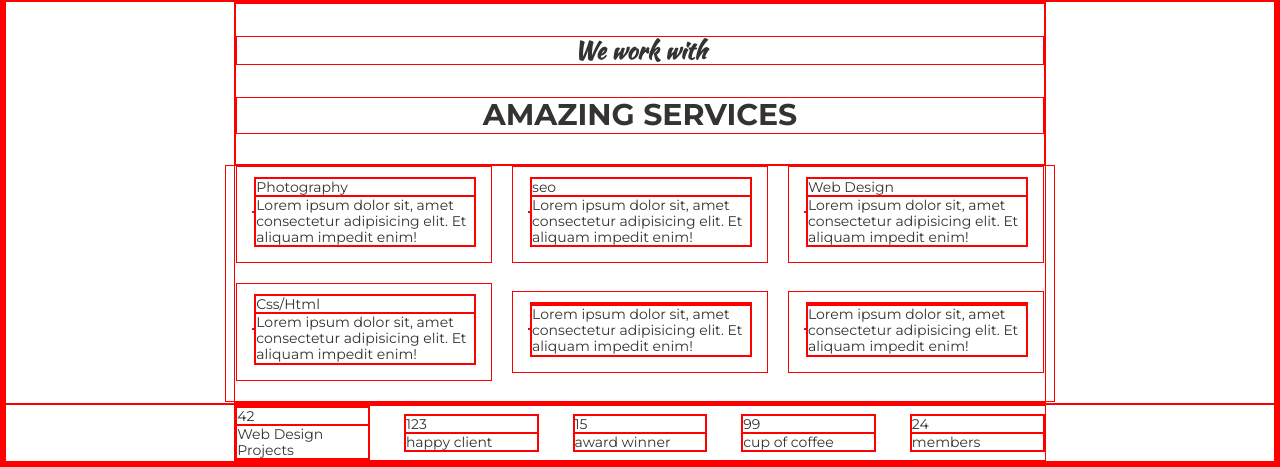
Repository: nataliiasaltan/Homework
Page: index.html
The author's editor kept a copy of each file at every save. The page is drawn from the files as they stood at one save, then again after the next save.
The browser window is 1280 px wide. The pictures show the part of the page from y = 901 to 1368 px (the page is 1368 px tall).

Above is the page before, as saved 2020-02-27 10:55:34.

### index.html
<!DOCTYPE html>
<html lang="en">
    <head>
        <meta charset="UTF-8">
        <meta name="viewport" content="width=device-width, initial-scale=1.0">
        <link rel="stylesheet"
            href="https://necolas.github.io/normalize.css/8.0.1/normalize.css">
        <link
            href="https://fonts.googleapis.com/css?family=Kaushan+Script|Montserrat:400,700|Roboto:400,400i&display=swap"
            rel="stylesheet">
        <link rel="stylesheet" href="css/icomoon.css">
        <link rel="stylesheet" href="css/style.css">
        <title>Mogo</title>
    </head>
    <body>
        <div class="wrapper">
            <header class="header">
                <div class="container">
                    <div class="header__wrapper">
                        <strong class="logo"><a href="home.html" alt="MoGo"></a>MoGo</strong>
                        <div class="header__inner">
                            <nav class="nav">
                                <ul class="nav-list">
                                    <li><a href="#">About</a></li>
                                    <li><a href="#">service</a></li>
                                    <li><a href="#">work</a></li>
                                    <li><a href="#">blog</a></li>
                                    <li><a href="#">contact</a></li>
                                </ul>
                            </nav>
                            <div class="booking">
                                <a href="#"> <i class="icon-shopping-cart"></i></a>
                                <a href="#"> <i class="icon-search"></i></a>
                            </div>
                        </div>
                    </div>
                </div>
            </header>
            <main>
                <section class="about" style="background-image:
                    url(images/Layer_15.png);">
                    <div class="about__container">
                        <div class="about__inner">
                            <div class="creative">Creative Template</div>
                            <div class="about__title">Welcome <br> to MoGo</div>
                        </div>
                        <div class="holder-btn">
                            <a class="about__btn" href="#">Learn more</a>

                        </div>
                    </div>
                </section>
                <section class="service">
                     <div class="service__wrapper">
                    <div class="container">

                        <div class="title-holder">
                            <h4>We work with</h4>
                            <h3>Amazing Services</h3>
                        </div>
                        <div class="development__wrapper">
                            <div class="development">
                                <i class="icon-service"></i>
                                <div class="development__inner">
                                    <div class="name">Photography</div>
                                    <div class="description">Lorem ipsum dolor
                                        sit,
                                        amet
                                        consectetur adipisicing elit. Et aliquam
                                        impedit
                                        enim!</div>
                                </div>
                            </div>
                            <div class="development">
                                <i class="icon-service"></i>
                                <div class="development__inner">
                                    <div class="name">seo</div>
                                    <div class="description">Lorem ipsum dolor
                                        sit,
                                        amet
                                        consectetur adipisicing elit. Et aliquam
                                        impedit
                                        enim!</div>
                                </div>
                            </div>
                            <div class="development">
                                <i class="icon-service"></i>
                                <div class="development____inner">
                                    <div class="name">Web Design</div>
                                    <div class="description">Lorem ipsum dolor
                                        sit,
                                        amet
                                        consectetur adipisicing elit. Et aliquam
                                        impedit
                                        enim!</div>
                                </div>
                            </div>
                            <div class="development">
                                <i class="icon-service"></i>
                                <div class="development__inner">
                                    <div class="name">Css/Html</div>
                                    <div class="description">Lorem ipsum dolor
                                        sit,
                                        amet
                                        consectetur adipisicing elit. Et aliquam
                                        impedit
                                        enim!</div>
                                </div>
                            </div>
                            <div class="development">
                                <i class="icon-service"></i>
                                <div class="development__inner">
                                    <div class="name"></div>
                                    <div class="description">Lorem ipsum dolor
                                        sit,
                                        amet
                                        consectetur adipisicing elit. Et aliquam
                                        impedit
                                        enim!</div>
                                </div>
                            </div>
                            <div class="development">
                                <i class="icon-service"></i>
                                <div class="development__inner">
                                    <div class="name"></div>
                                    <div class="description">Lorem ipsum dolor
                                        sit,
                                        amet
                                        consectetur adipisicing elit. Et aliquam
                                        impedit
                                        enim!</div>
                                </div>
                            </div>
                        </div>
                    </div>
                </div>
                    <div class="result">
                        <div class="result__container">
                            <div class="result__inner">
                                <div class="namber">42</div>
                                <div class="signature">Web Design Projects</div>
                            </div>
                            <div class="result__inner">
                                <div class="namber">123</div>
                                <div class="signature">happy client</div>
                            </div>
                            <div class="result__inner">
                                <div class="namber">15</div>
                                <div class="signature">award winner</div>
                            </div>
                            <div class="result__inner">
                                <div class="namber">99</div>
                                <div class="signature">cup of coffee</div>
                            </div>
                            <div class="result__inner">
                                <div class="namber">24</div>
                                <div class="signature">members</div>
                            </div>
                        </div>
                    </div>

                </section>
            </main>
        </div>

    </body>
</html>

### css/icomoon.css
@font-face {
  font-family: 'icomoon';
  src:  url('../fonts/icomoon.eot?p5lq4w');
  src:  url('../fonts/icomoon.eot?p5lq4w#iefix') format('embedded-opentype'),
    url('../fonts/icomoon.ttf?p5lq4w') format('truetype'),
    url('../fonts/icomoon.woff?p5lq4w') format('woff'),
    url('../fonts/icomoon.svg?p5lq4w#icomoon') format('svg');
  font-weight: normal;
  font-style: normal;
  font-display: block;
}

[class^="icon-"], [class*=" icon-"] {
  /* use !important to prevent issues with browser extensions that change fonts */
  font-family: 'icomoon' !important;
  speak: none;
  font-style: normal;
  font-weight: normal;
  font-variant: normal;
  text-transform: none;
  line-height: 1;

  /* Better Font Rendering =========== */
  -webkit-font-smoothing: antialiased;
  -moz-osx-font-smoothing: grayscale;
}

.icon-search:before {
  content: "\f002";
}
.icon-align-justify:before {
  content: "\f039";
}
.icon-eye:before {
  content: "\f06e";
}
.icon-shopping-cart:before {
  content: "\f07a";
}
.icon-twitter:before {
  content: "\f099";
}
.icon-facebook:before {
  content: "\f09a";
}
.icon-facebook-f:before {
  content: "\f09a";
}
.icon-google-plus:before {
  content: "\f0d5";
}
.icon-youtube-play:before {
  content: "\f16a";
}
.icon-instagram:before {
  content: "\f16d";
}
.icon-tumblr:before {
  content: "\f173";
}
.icon-dribbble:before {
  content: "\f17d";
}
.icon-file-image-o:before {
  content: "\f1c5";
}
.icon-file-photo-o:before {
  content: "\f1c5";
}
.icon-file-picture-o:before {
  content: "\f1c5";
}
.icon-copyright:before {
  content: "\f1f9";
}
.icon-pinterest-p:before {
  content: "\f231";
}
.icon-commenting:before {
  content: "\f27a";
}

### css/style.css
*,
::after,
::before{
    box-sizing: border-box;
    border: 1px solid red;
}

body{
    font-family: 'Montserrat', sans-serif;
    font-size: 14px;
    font-weight: 400;
    color: #333333;
    margin: 0;
}

img{
    display: inline-block;
    max-width: 100%;
    vertical-align: top;
}

a{
    text-decoration: none;
    display: inline;
    cursor: pointer;
}

p{
    margin: 0;
}

header{
    position: absolute;
    z-index: 10;
    left: 0;
    right: 0;
    top: 0;
    bottom: 0;
}


.container{
    max-width: 64%;
    margin: 0 auto;
}

.header__wrapper{
    margin-top: 30px;
}

.header__wrapper{
    display: flex;
    justify-content: space-between;
    text-align: center;
}

.header__inner{
    display: flex;
    justify-content: space-between;
}

.logo{
    align-self: center;
    font-size: 30px;
    font-weight: 700;
    color: #ffffff;
    cursor: pointer;
}

.nav-list{
    display: flex;
    justify-content: center;
    align-items: center;
    list-style: none;
    padding: 0;
}

.nav-list a{
   color: #ffffff;
   padding: 12px 25px;
   border-bottom: 1px solid transparent;
   text-transform: uppercase;
}

.nav-list a:hover{
    color: #fce38a;
    border-bottom: 1px solid #fce38a;
}

.booking{
    align-self: center;
}

.icon-shopping-cart,
.icon-search{
    padding: 0 20px;
    color: #ffffff;
}

.about{
    position: relative;
    min-height: 100vh;
    background-size: cover;
    background-position: center;
    width: 100%;
    padding: 170px 0;
    display: flex;
    justify-content: space-between;
}

.about:after{
    position: absolute;
    content: "";
    top: 0;
    left: 0;
    bottom: 0;
    right: 0;
    /* background: linear-gradient(to top, rgba(252, 227, 138, 0.9)0%, rgba(243, 129, 129, 0.9) 100%); */
}

.about__container{
    min-width: 43%;
    margin: 0 auto;
    padding-bottom: 25px;
}

.about__inner{
    margin-bottom: 100px;
    position: relative;
}

.about__inner::after{
    position: absolute;
    content: "";
    width: 100%;
    max-width: 60px;
    height: 3px;
    background-color: #fff;
    top: 110%;
    left: 47%;
}
.creative{
    color: #ffffff;
    font-family: "Kaushan Script";
    font-size: 72px;
    text-align: center;
    margin-bottom: 42px;
}

.about__title{
    color: #ffffff;
    font-size: 150px;
    font-weight: 700;
    line-height: 0.93;
    text-transform: uppercase;
    text-align: center;
}

.holder-btn{
    max-width: 20%;
    margin: 0 auto;
}

.about__btn{
    color: #ffffff;
    font-weight: 700;
    text-transform: uppercase;
    padding: 15px 32px;
    border: 1px solid #ffffff;
    cursor: pointer;
}

.service__wrapper,
.work__wrapper{
    display: flex;
    flex-direction: column;
    justify-content: space-between;
    align-items: center;
}

.title-holder{
    position: relative;
}

.title-holder::after{
    position: absolute;
    content: "";
    width: 100%;
    max-width: 60px;
    height: 3px;
    color: red;

}

.development__wrapper{
    display: flex;
    flex-wrap: wrap;
    justify-content: space-between;
    align-items: center;
    margin: 0 -10px;
}

.development{
    margin: 0 10px 20px;
	width: calc(33.333% - 20px);
    padding: 10px 15px 15px;
    display: flex;
    align-items: center;
}

.result__container{
    max-width: 64%;
    margin: 0 auto;
    display: flex;
    justify-content: space-between;
    align-items: center;
}

.result__inner{
    max-width: 16.66%;
    width: 100%;
}

h4{
    font-family: "Kaushan Script";
    font-size: 24px;
    text-align: center;
}

h3{
    font-size: 30px;
    font-weight: 700;
    text-transform: uppercase;
    text-align: center;
}

p{
    color: #999999;
    font-family: Roboto;
    font-size: 15px;
    line-height: 1.6;
}

After the next save:
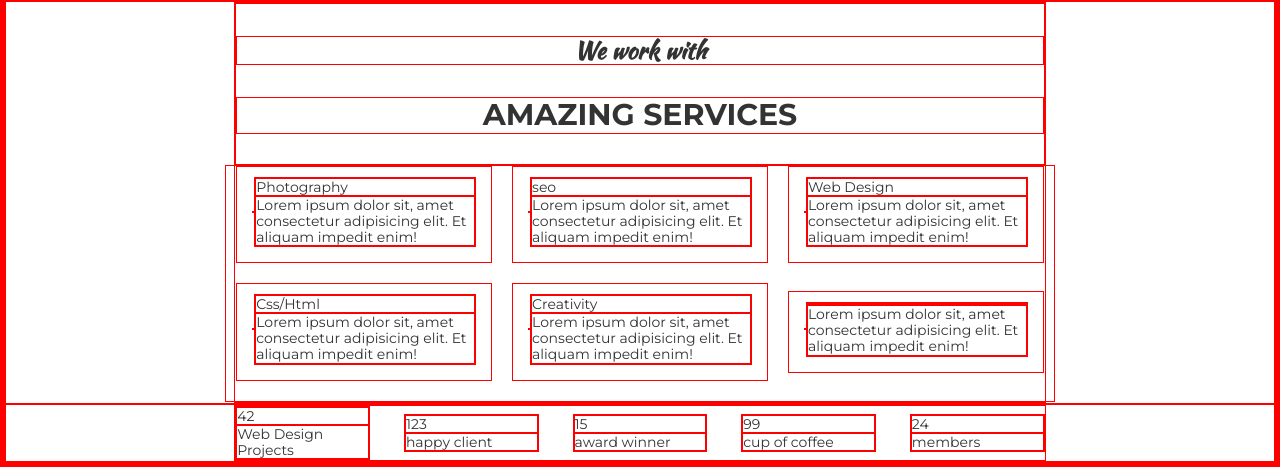
Saved 25 s later.
--- a/index.html
+++ b/index.html
@@ -110,7 +110,7 @@
                             <div class="development">
                                 <i class="icon-service"></i>
                                 <div class="development__inner">
-                                    <div class="name"></div>
+                                    <div class="name">Creativity</div>
                                     <div class="description">Lorem ipsum dolor
                                         sit,
                                         amet
